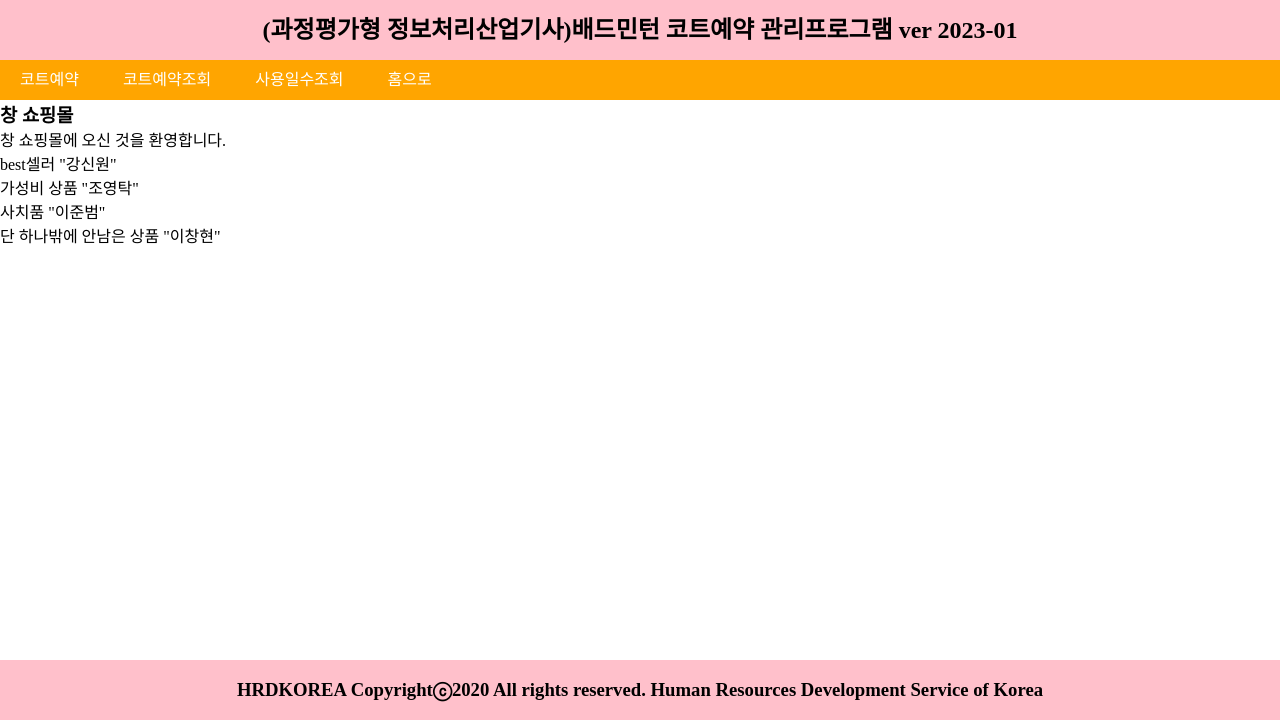
Repository: s25-30420/shopping
Page: http://localhost/shop/
These files come from the project's save history. The page is drawn as it stood at one moment and after the next save; the edit follows.
The browser window is 1280 px wide. The pictures show the whole page.
The page is served by Tomcat 9. Other server files are loaded and not shown.

Above is the page before, as saved 2025-09-08 00:22:24.

### shop/src/main/webapp/index.jsp
<%@ page language="java" contentType="text/html; charset=UTF-8"
    pageEncoding="UTF-8"%>
<!DOCTYPE html>
<html>
<head>
<meta charset="UTF-8">
<title>index</title>
<style>
	* {
		margin: 0;
		padding: 0;
		list-style: none;
		text-decoration: none;
	}
	section{
		width: 100%;
		height: calc(100vh - 160px);
		background-color:
	}

</style>
</head>
<body>
<jsp:include page="header.jsp"></jsp:include>
<jsp:include page="nav.jsp"></jsp:include>
<section>
	<h3>창 쇼핑몰</h3>
	<p>
		창 쇼핑몰에 오신 것을 환영합니다. <br>
		best셀러 "강신원" <br>
		가성비 상품 "조영탁"<br>
		사치품 "이준범"<br>
		단 하나밖에 안남은 상품 "이창현"<br>
	</p>
</section>
<jsp:include page="footer.jsp"></jsp:include>
</body>
</html>

### shop/src/main/webapp/header.jsp
<%@ page language="java" contentType="text/html; charset=UTF-8"
    pageEncoding="UTF-8"%>
<!DOCTYPE html>
<html>
<head>
<meta charset="UTF-8">
<title>header</title>
<style>
header{
		width: 100%;
		height: 60px;
		background-color: pink;
		text-align: center;
		line-height: 60px;
	}


</style>
</head>
<body>
<header>
		<h2>(과정평가형 정보처리산업기사)배드민턴 코트예약 관리프로그램 ver 2023-01</h2>
	</header>
</body>
</html>

### shop/src/main/webapp/nav.jsp
<%@ page language="java" contentType="text/html; charset=UTF-8"
	pageEncoding="UTF-8"%>
<!DOCTYPE html>
<html>
<head>
<meta charset="UTF-8">
<title>nav</title>
<style>
nav {
	width: 100%;
	height: 40px;
	background-color: orange;
	line-height: 40px;
}

nav a {
	color: white;
	padding: 0 20px;
}
</style>
</head>
<body>
	<nav>
		<a href="insert.jsp">코트예약</a>
		<a href="resvlist.jsp">코트예약조회</a>
		<a href="count.jsp">사용일수조회</a>
		<a href="index.jsp">홈으로</a>
	</nav>
</body>
</html>

### shop/src/main/webapp/footer.jsp
<%@ page language="java" contentType="text/html; charset=UTF-8"
    pageEncoding="UTF-8"%>
<!DOCTYPE html>
<html>
<head>
<meta charset="UTF-8">
<title>footer</title>
<style>
	footer{
		width: 100%;
		height: 60px;
		background-color: pink;
		text-align: center;
		line-height: 60px;
	}
</style>
</head>
<body>
<footer>
	<h3>HRDKOREA Copyrightⓒ2020 All rights reserved. Human Resources Development Service of Korea</h3>
</footer>
</body>
</html>

After the next save:
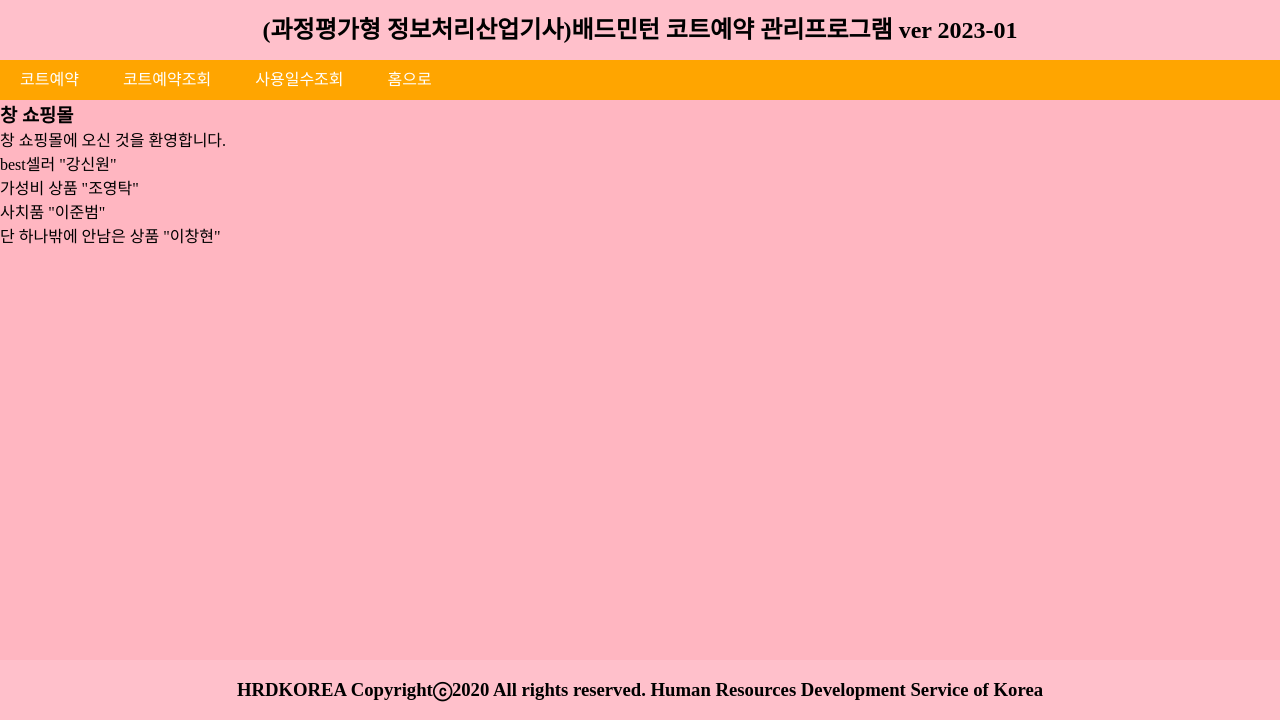
Saved 12 s later.
--- a/shop/src/main/webapp/index.jsp
+++ b/shop/src/main/webapp/index.jsp
@@ -15,7 +15,7 @@
 	section{
 		width: 100%;
 		height: calc(100vh - 160px);
-		background-color:
+		background-color: lightpink;
 	}
 
 </style>

After the save that followed:
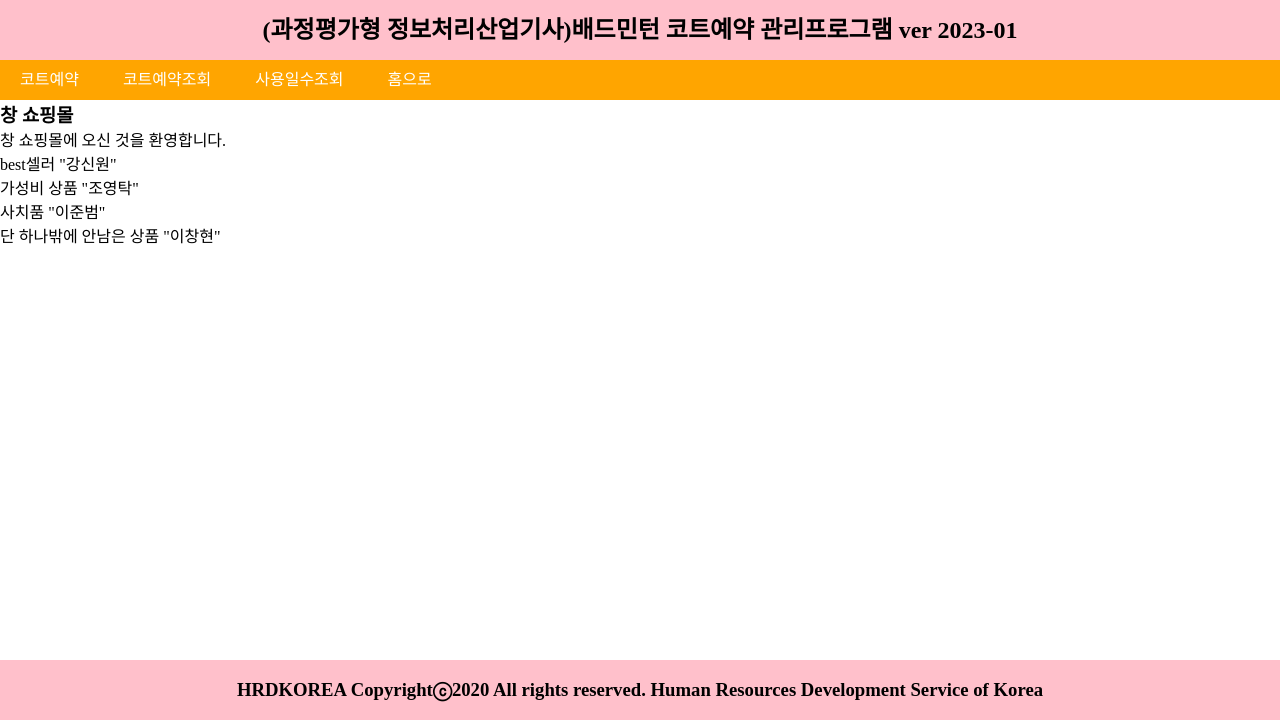
Saved 26 s later.
--- a/shop/src/main/webapp/index.jsp
+++ b/shop/src/main/webapp/index.jsp
@@ -15,7 +15,7 @@
 	section{
 		width: 100%;
 		height: calc(100vh - 160px);
-		background-color: lightpink;
+		background-color: lightred;
 	}
 
 </style>
